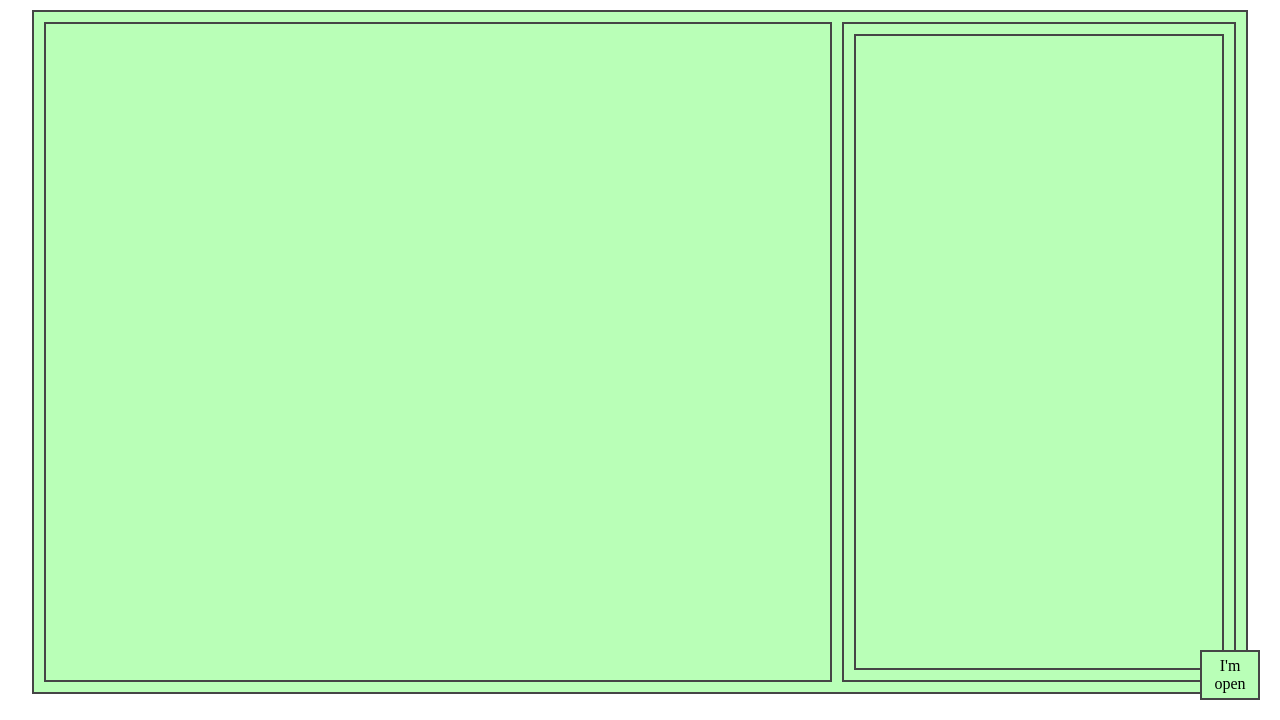
Repository: tannerbroberts/tannerbroberts.github.io
Page: /
These files come from the project's save history. The page is drawn as it stood at one moment and after a run of saves; the edit follows.
The browser window is 1280 px wide. The pictures show the whole page.
The project was rebuilt for these pictures with package versions that can differ from the ones it lists, and the page was loaded fresh each time. Also part of the build but not shown: vite.config.ts.

Above is the page before, as saved 2022-10-04 10:03:41.

After the next 2 saves:
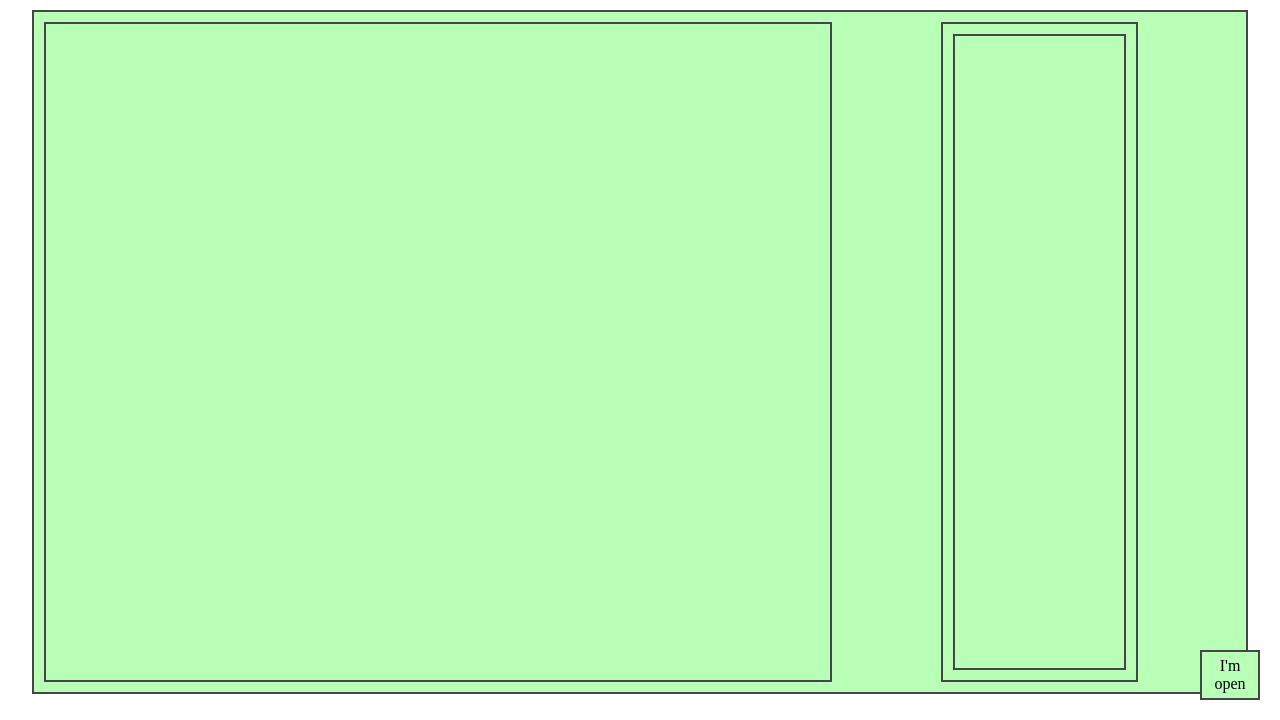
The 2 saves are shown as one change because they came seconds apart.
The last was saved 42 s later.
--- a/src/components/Shelf/Shelf.js
+++ b/src/components/Shelf/Shelf.js
@@ -10,7 +10,7 @@ const shelfContentCSS = (openStatus) => {
 	return obj
 }
 
-const shelfCSS = { ...cssHelper }
+const shelfCSS = { ...cssHelper, width: "50%" }
 
 export default function Shelf() {
 	const { shelfOpen } = useATP_StateContext()
